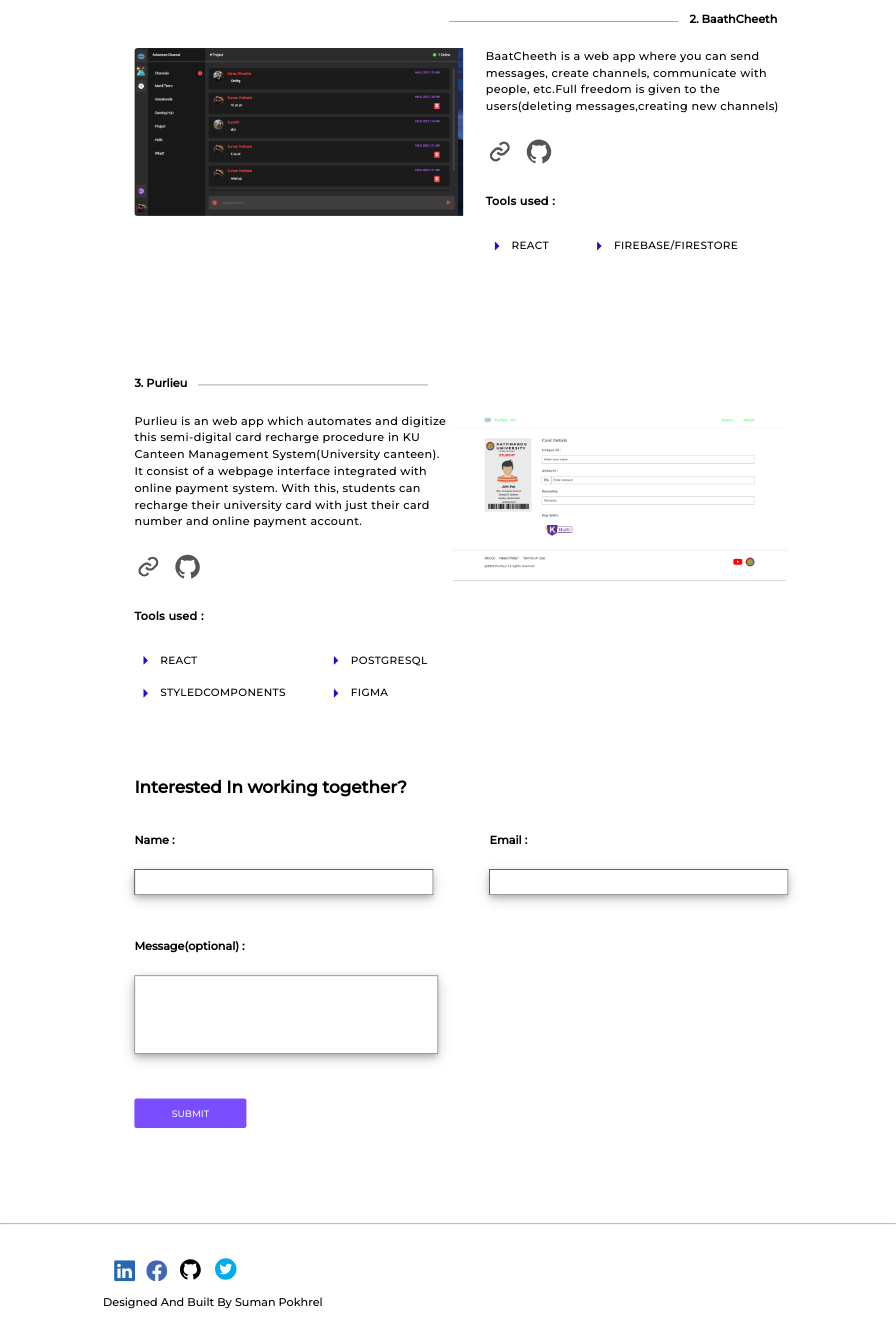
Repository: iamsumanp/portfolio
Page: /
The author's editor kept a copy of each file at every save. The page is drawn from the files as they stood at one save, then again after the next save.
The browser window is 1280 px wide. The pictures show the part of the page from y = 2449 to 4369 px (the page is 4369 px tall), at 70% of full size.
The project was rebuilt for these pictures with package versions that can differ from the ones it lists, and the page was loaded fresh each time.

Above is the page before, as saved 2022-07-11 15:21:17.

After the next save:
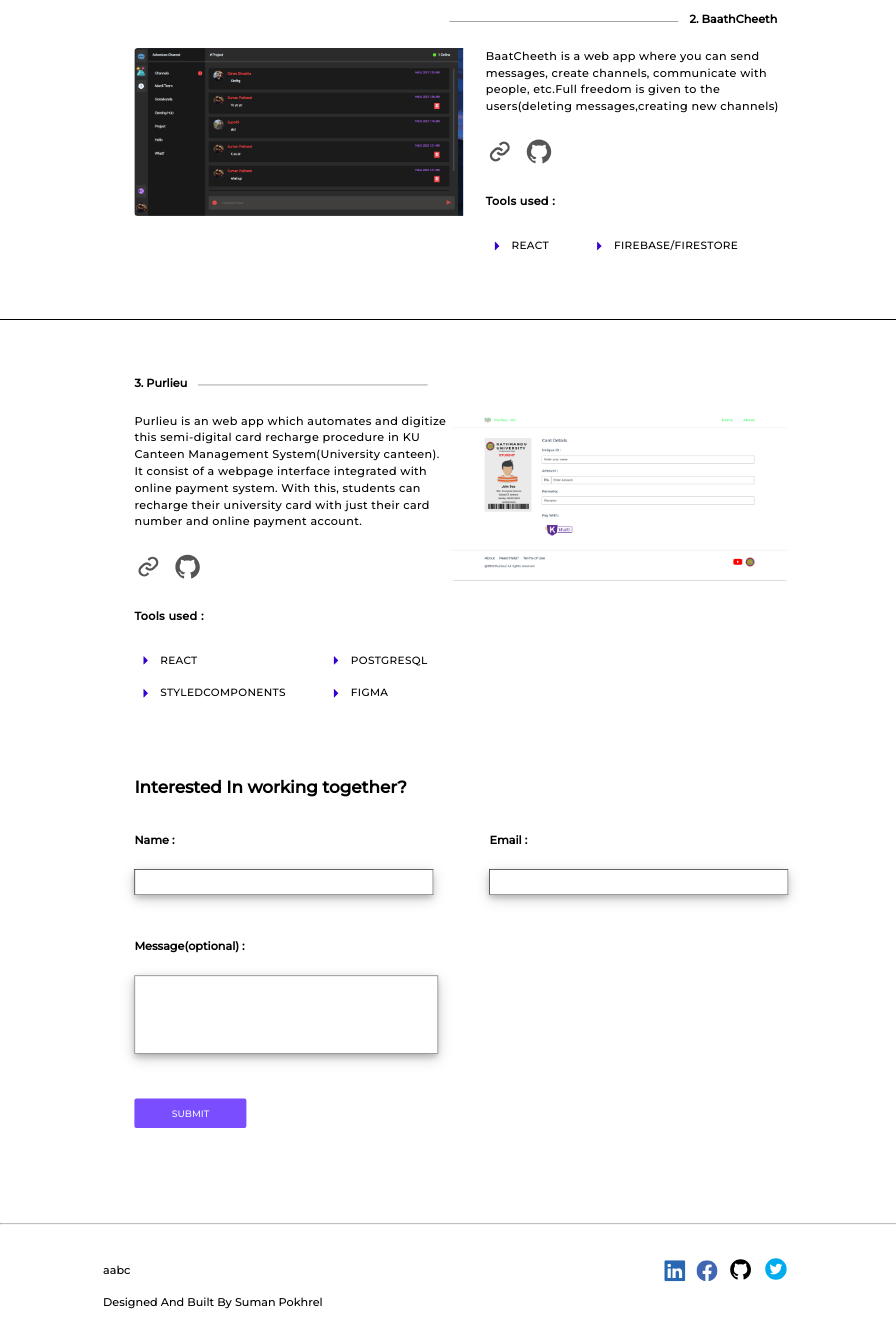
Saved 5 s later.
--- a/src/Components/Footer.tsx
+++ b/src/Components/Footer.tsx
@@ -7,7 +7,7 @@ export const Footer = () => {
     <div className="footerSection">
       <div className="footerContainer">
         <div className="socialMediaAndQuote">
-          {/* <span>aabc</span> */}
+          <span>aabc</span>
           <div className="socialMedia">
             <a
               href="https://www.linkedin.com/in/suman-pokharel-2a4b61206/"
